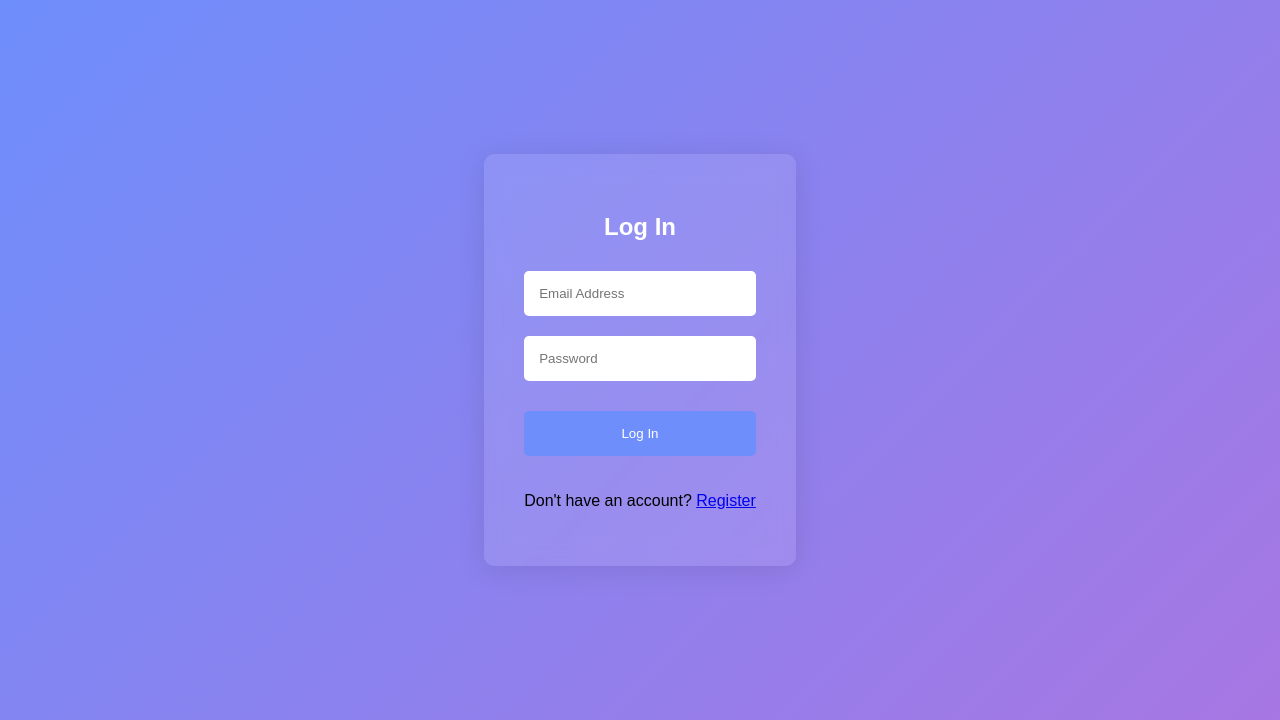
Repository: KabilanCoding/project-nexus
Page: /
The author's editor kept a copy of each file at every save. The page is drawn from the files as they stood at one save, then again after the next save.
The browser window is 1280 px wide. The pictures show the whole page.
The project was rebuilt for these pictures with package versions that can differ from the ones it lists, and the page was loaded fresh each time. Also part of the build but not shown: src/components/Signup.js.

Above is the page before, as saved 2024-08-18 13:37:50.

After the next save:
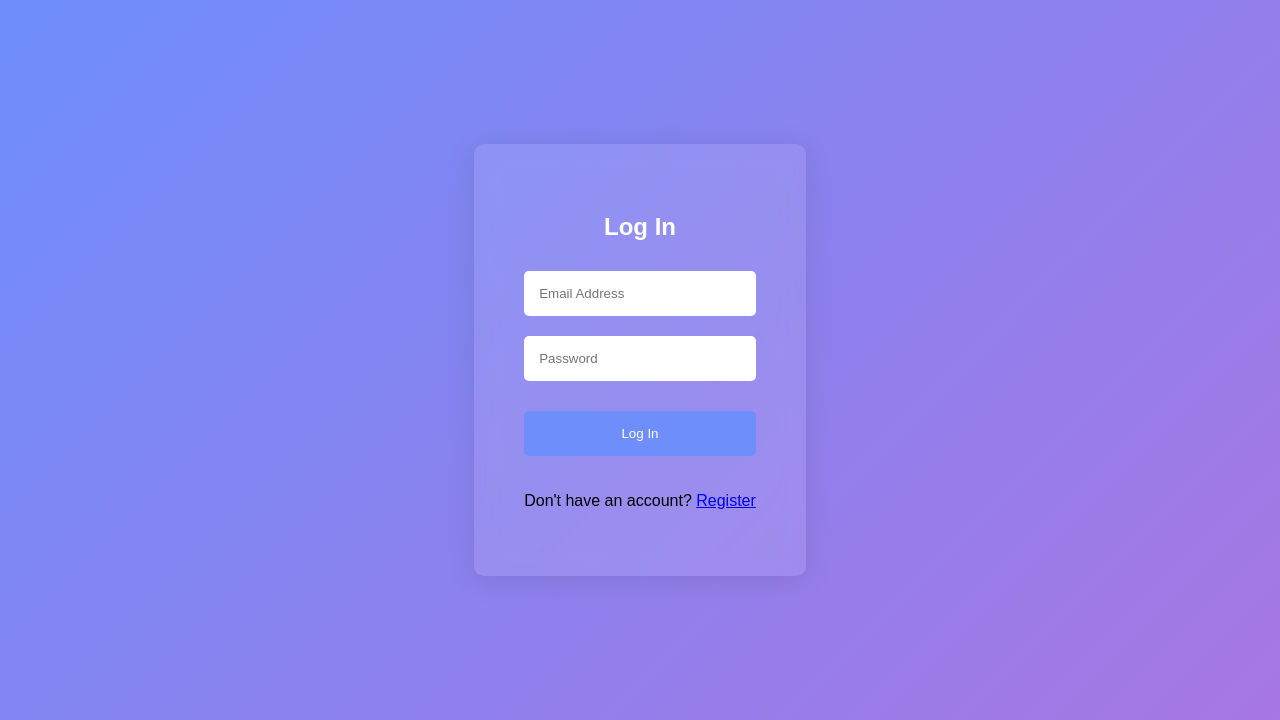
Saved 2 min 4 s later.
--- a/src/components/Auth.css
+++ b/src/components/Auth.css
@@ -11,7 +11,7 @@ body {
 .auth-container {
   background: rgba(255, 255, 255, 0.1);
   backdrop-filter: blur(10px);
-  padding: 40px;
+  padding: 50px;
   border-radius: 10px;
   box-shadow: 0 4px 30px rgba(0, 0, 0, 0.1);
   text-align: center;
